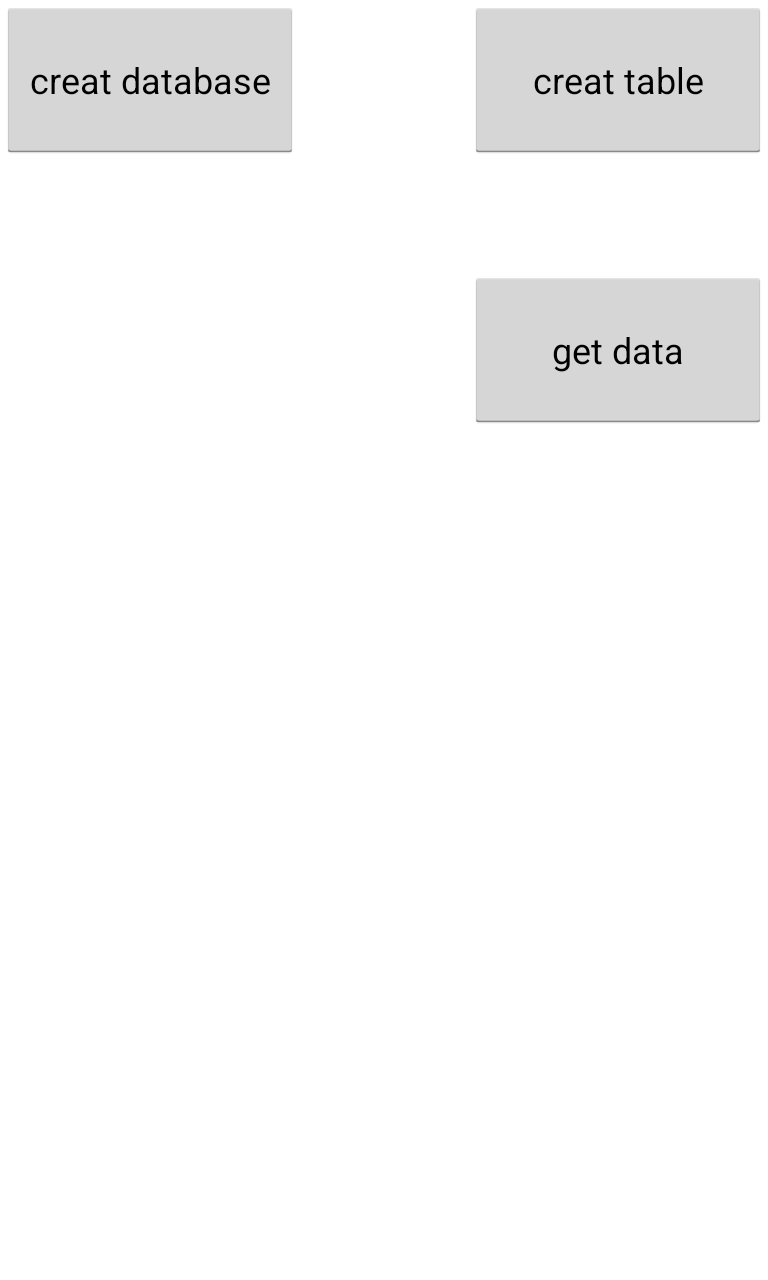
Repository: GuardLDW/HERO
Layout: GuardLDW/res/layout/db.xml
These files come from the project's save history. The layout is drawn as it stood at one moment and after the next save; the edit follows.
It is drawn on a 768 x 1280 px phone screen (xhdpi) without system bars, with theme AppTheme; the app's code is not run.

Above is the layout before, as saved 2016-11-03 07:47:51.

### GuardLDW/res/layout/db.xml
<?xml version="1.0" encoding="UTF-8"?>
<RelativeLayout xmlns:android="http://schemas.android.com/apk/res/android"
    android:layout_width="match_parent"
    android:layout_height="match_parent"
    android:orientation="vertical" >

    <Button
        android:id="@+id/button_creatDB"
        android:layout_width = "150dp"
        android:layout_height = "80dp"
        android:text="creat database">

    </Button>

    <Button
        android:id="@+id/button_creatTable"
        android:layout_width="150dp"
        android:layout_height="80dp"
        android:layout_alignParentRight="true"
        android:layout_alignParentTop="true"
        android:text="creat table" />

    <Button
        android:id="@+id/button_getData"
        android:layout_width="150dp"
        android:layout_height="80dp"
        android:layout_alignParentRight="true"
        android:layout_below="@+id/button_creatTable"
        android:layout_marginTop="55dp"
        android:text="get data" />

    </RelativeLayout>

Loaded but not shown: GuardLDW/res/values/styles.xml (common file); GuardLDW/res/values-v11/styles.xml (common file); GuardLDW/res/values-v14/styles.xml (common file)

After the next save:
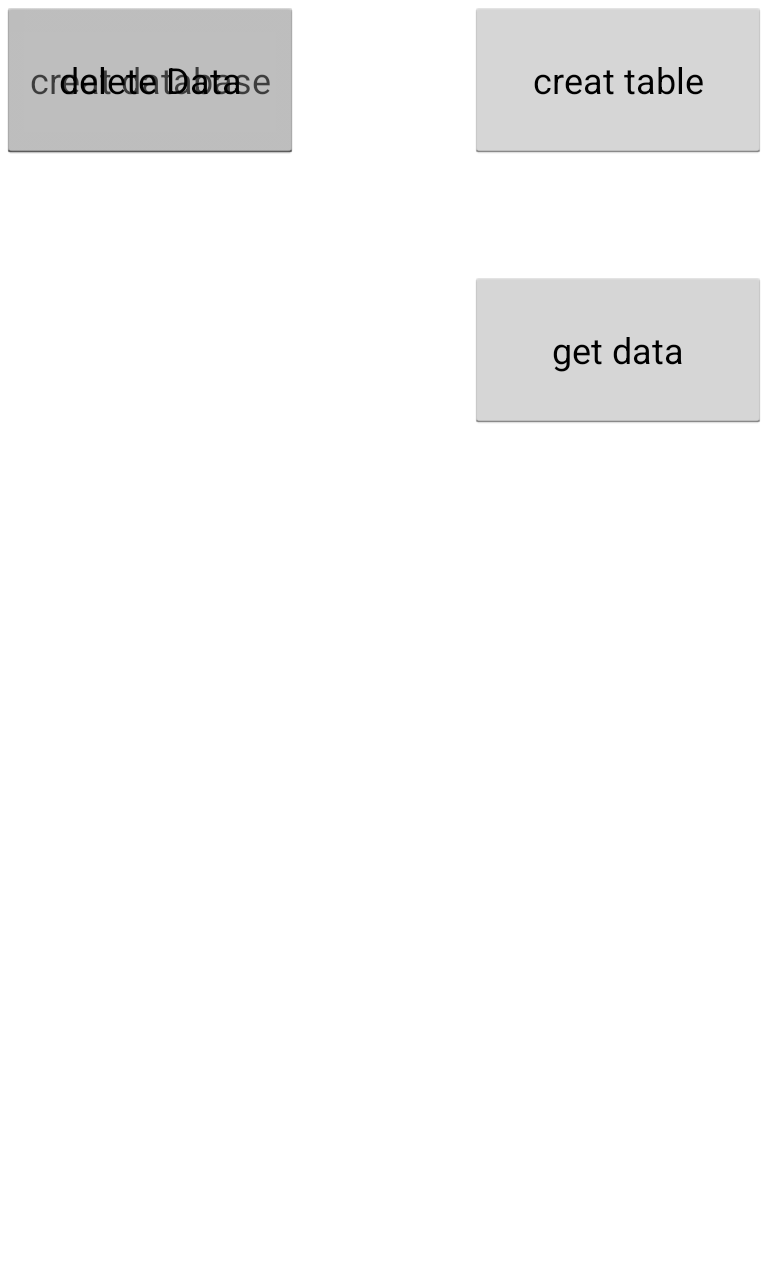
Saved 51 s later.
--- a/GuardLDW/res/layout/db.xml
+++ b/GuardLDW/res/layout/db.xml
@@ -29,4 +29,13 @@
         android:layout_marginTop="55dp"
         android:text="get data" />
 
+
+        <Button
+        android:id="@+id/button_deleteData"
+        android:layout_width = "150dp"
+        android:layout_height = "80dp"
+        android:text="delete Data">
+
+    </Button>
+
     </RelativeLayout>
